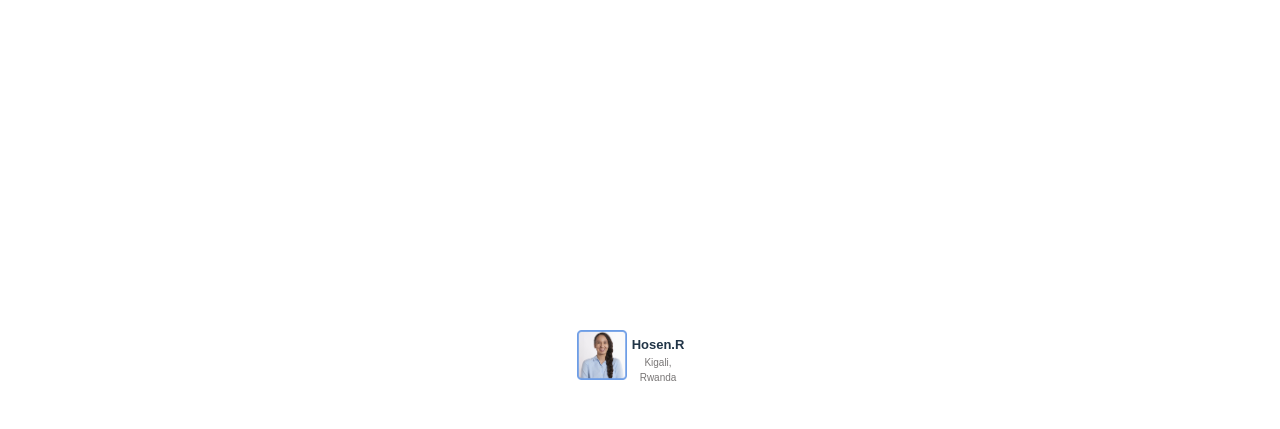
Repository: Auda-frontend/Kenshikeza
Page: /
These files come from the project's save history. The page is drawn as it stood at one moment and after a run of saves; the edit follows.
The browser window is 1280 px wide. The pictures show the whole page.
The project was rebuilt for these pictures with package versions that can differ from the ones it lists, and the page was loaded fresh each time. Also part of the build but not shown: vite.config.js.

Above is the page before, as saved 2024-01-24 22:45:04.

After the next 3 saves:
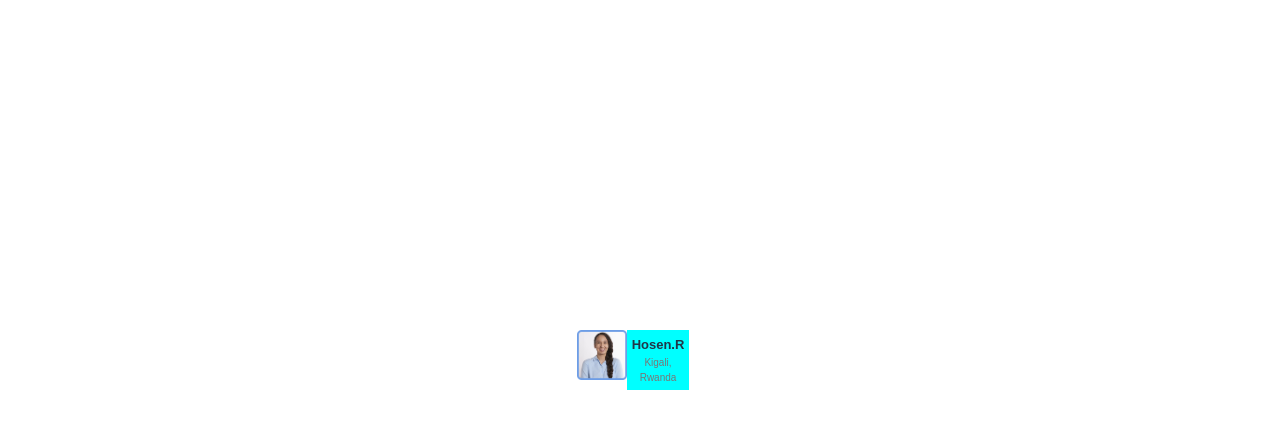
The 3 saves are shown as one change because they came seconds apart.
The last was saved 21 s later.
--- a/src/Components/SideBar.css
+++ b/src/Components/SideBar.css
@@ -22,6 +22,7 @@
     align-items: center;
     justify-items: center;
     padding: 5px;
+    background-color: aqua;
 }
 .desc .names{
     font-size: small;
